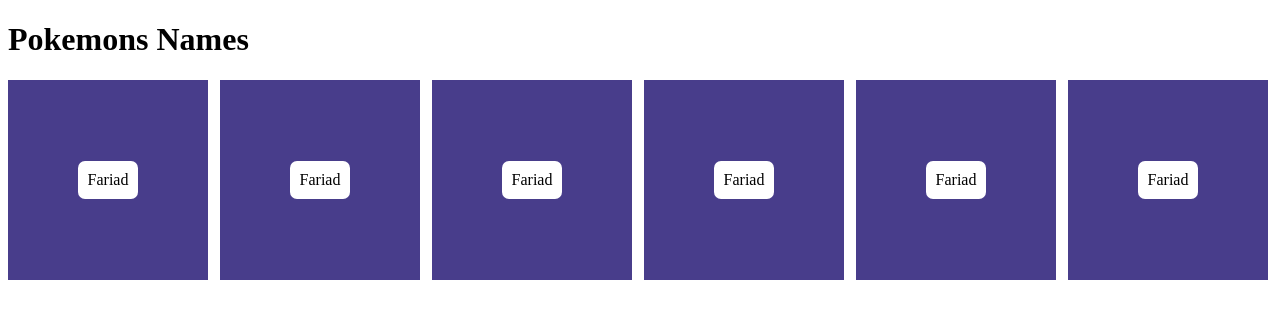
Repository: Fariaddd/javascript-1-module-3
Page: poke poke/poke.html
These files come from the project's save history. The page is drawn as it stood at one moment and after the next save; the edit follows.
The browser window is 1280 px wide. The pictures show the whole page.

Above is the page before, as saved 2022-02-26 20:00:43.

### poke poke/poke.html
<!DOCTYPE html>
<html lang="en">
  <head>
    <meta charset="UTF-8" />
    <meta name="viewport" content="width=device-width, initial-scale=1.0" />
    <meta http-equiv="X-UA-Compatible" content="ie=edge" />
    <title>Pokemon</title>
    <!--STYLE SHEET-->
    <link rel="stylesheet" href="./pode.css" />
    <!--GOOGLE FONT 300 400 700 -->
    <link rel="preconnect" href="https://fonts.googleapis.com" />
    <link rel="preconnect" href="https://fonts.gstatic.com" crossorigin />
    <link
      href="https://fonts.googleapis.com/css2?family=Rowdies:wght@300;400;700&display=swap"
      rel="stylesheet"
    />
  </head>
  <body>
    <div class="container">
      <h1>Pokemons Names</h1>
      <ul class="pokemons">
        <li><span>Fariad</span></li>
        <li><span>Fariad</span></li>
        <li><span>Fariad</span></li>
        <li><span>Fariad</span></li>
        <li><span>Fariad</span></li>
        <li><span>Fariad</span></li>
      </ul>
    </div>

    <script src="./js-js/poke.js" defer></script>
  </body>
</html>

### poke poke/pode.css
* {
  font-family: cursive;
  font-weight: 400px;
}
ul.pokemons {
  list-style-type: none;
  padding: 0;
  margin: 0;
  display: flex;
  flex-wrap: wrap;
  gap: 12px;
}

ul.pokemons li {
  width: 200px;
  height: 200px;
  background-color: darkslateblue;
  display: flex;
  justify-content: center;
  align-items: center;
}
ul.pokemons li span {
  background-color: white;
  padding: 10px;
  text-transform: capitalize;
  border-radius: 7px;
}

### poke poke/js-js/poke.js
// mt point
//http://pok3aoi.co/api/v2/pokemon?offset=20&limit=40

const APIUrl = "http://pok3aoi.co/api/v2/pokemon?offset=20&limit=40";

// select pokemon container which has a pokeman class



const pokemonsContainer = document.querySelector(".pokemons");
// async function kitchen() {
//     async function kitchen() {

//         try {
//             // Let's create a fake problem
//             await abc;
//         }

//         catch (error) {
//             console.log("abc does not exist", error)
//         }
//     }

//kitchen();  // run the code

async function getpokemonNames() {
    try {
        const response = await fetch; (APIUrl);
        console.log(response);
        const responseJSON = await response.JSON();
        console.log(responseJSON);
        const pokemonsData = responseJSON.result
        console.log(pokemonsData);
        for (let i = 0; i < pokemonsData.lenght; i++) {
            console.log(pokemonsData);
            pokemonsContainer.innerHTML += `<li><span>${pokemonsData[i].name}</span></li>`
        }


    }
    catch (error) {
        console.log("some error happend : (", error)
    }


}
getpokemonNames();

After the next save:
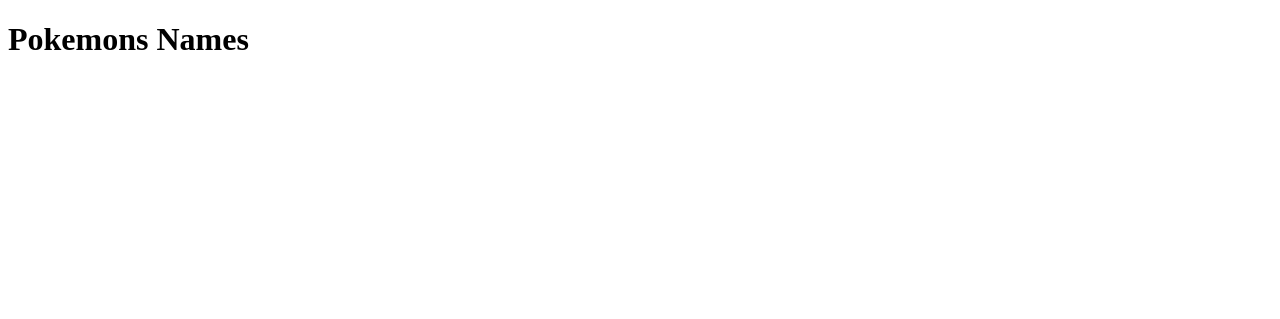
Saved 6 s later.
--- a/poke poke/poke.html
+++ b/poke poke/poke.html
@@ -18,14 +18,7 @@
   <body>
     <div class="container">
       <h1>Pokemons Names</h1>
-      <ul class="pokemons">
-        <li><span>Fariad</span></li>
-        <li><span>Fariad</span></li>
-        <li><span>Fariad</span></li>
-        <li><span>Fariad</span></li>
-        <li><span>Fariad</span></li>
-        <li><span>Fariad</span></li>
-      </ul>
+      <ul class="pokemons"></ul>
     </div>
 
     <script src="./js-js/poke.js" defer></script>
